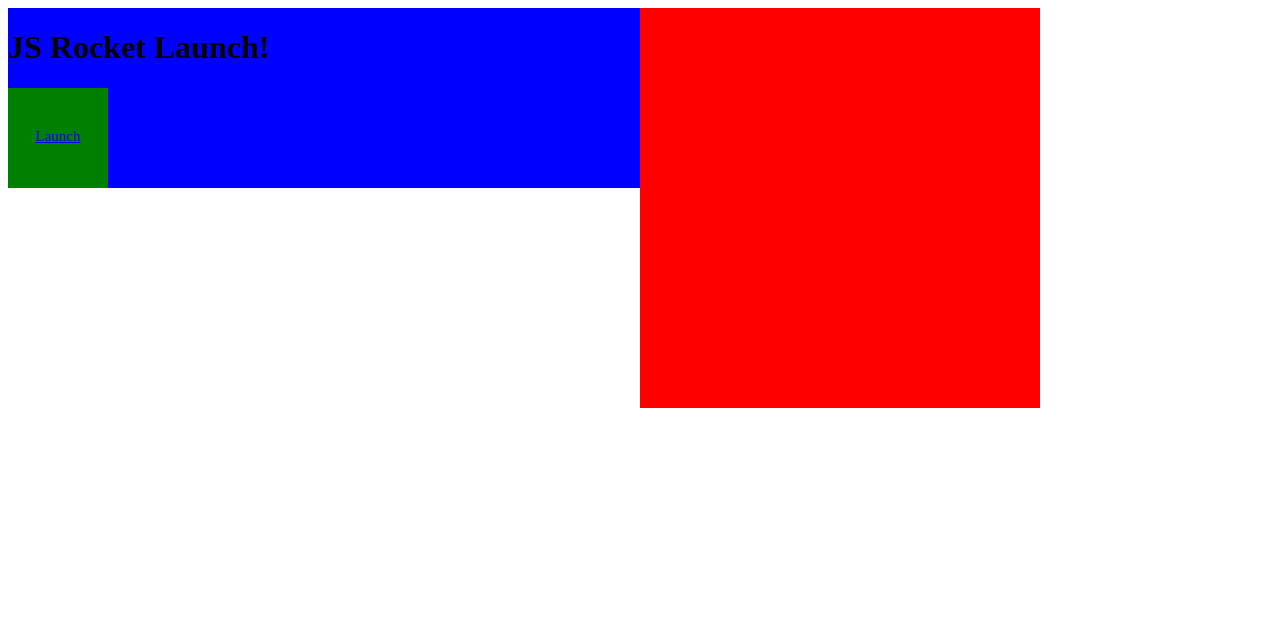
Repository: alcarrizo/Rocket-launch
Page: index.html
The author's editor kept a copy of each file at every save. The page is drawn from the files as they stood at one save, then again after the next save.
The browser window is 1280 px wide. The pictures show the whole page.

Above is the page before, as saved 2022-10-19 19:37:55.

After the next save:
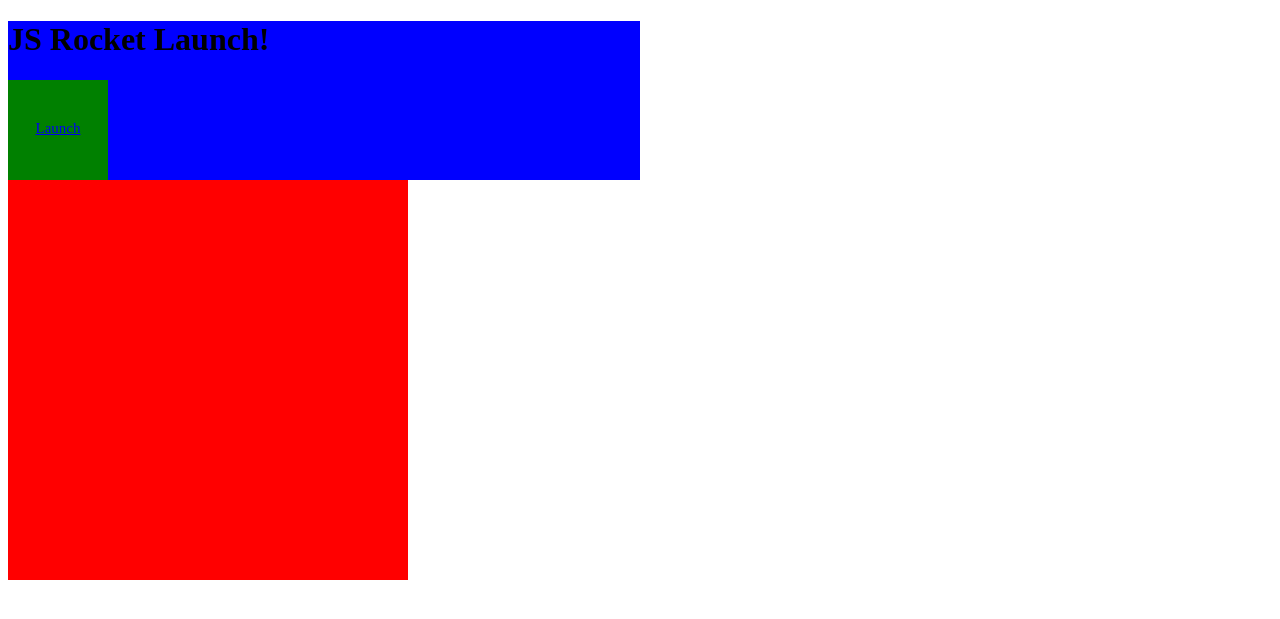
Saved 72 s later.
--- a/css/style.css
+++ b/css/style.css
@@ -1,6 +1,4 @@
-body {
-    display: flex;
-}
+body {}
 
 .left {
     box-sizing: border-box;
